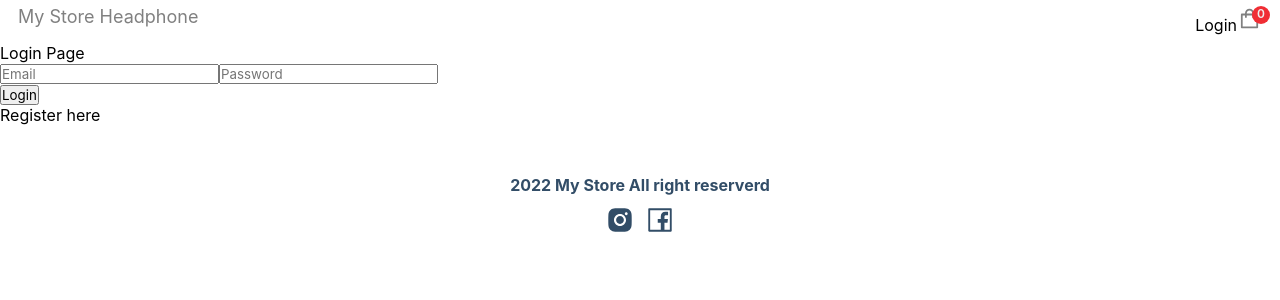
Repository: Than-sothearak/ecommerce
Page: /login
These files come from the project's save history. The page is drawn as it stood at one moment and after the next save; the edit follows.
The browser window is 1280 px wide. The pictures show the whole page.
The project was rebuilt for these pictures with package versions that can differ from the ones it lists, and the page was loaded fresh each time. The framework's server and built-in components were replaced by stand-ins that run in the browser. Also part of the build but not shown: next.config.js, lib/client.js, components/Cart.jsx, components/FooterBanner.jsx, components/HeroBanner.jsx, components/Product.jsx.

Above is the page before, as saved 2022-11-26 23:16:09.

After the next save:
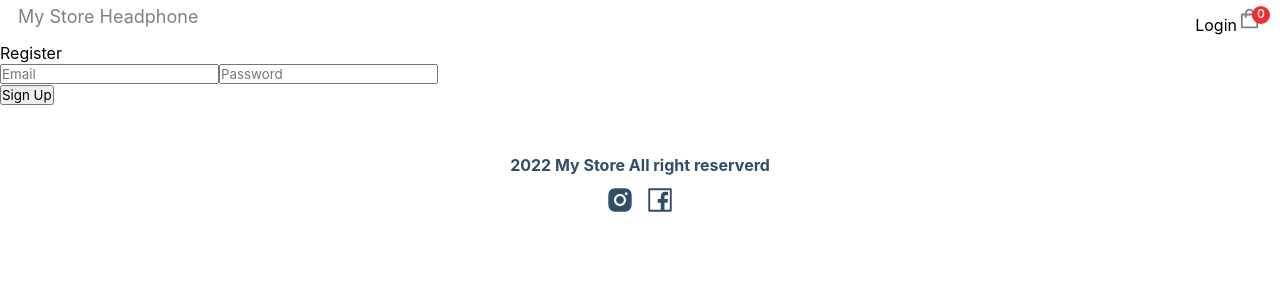
Saved 47 s later.
--- a/pages/login.js
+++ b/pages/login.js
@@ -1,18 +1,17 @@
-
-import Link from 'next/link';
-
+import React from 'react';
 
 const login = () => {
+
   return (
-    <form action='/api/register'method='POST'className='form-container'>
-      <div className='login'>Login Page
+    <form action='/api/login'method='POST'className='form-container' >
+      <div className='login'>Register
       </div>
       <div className='input-container'>
         <input name='email'type='email' placeholder='Email' className='input'></input>
         <input name='password'type='password' placeholder='Password' className='input'></input>
       </div>
-      <div className="button"><button type='submit'>Login</button></div>
-      <Link href='/register'>Register here</Link>
+        <input type='submit' value='Sign Up'/>
+
     </form>
   )
 }
